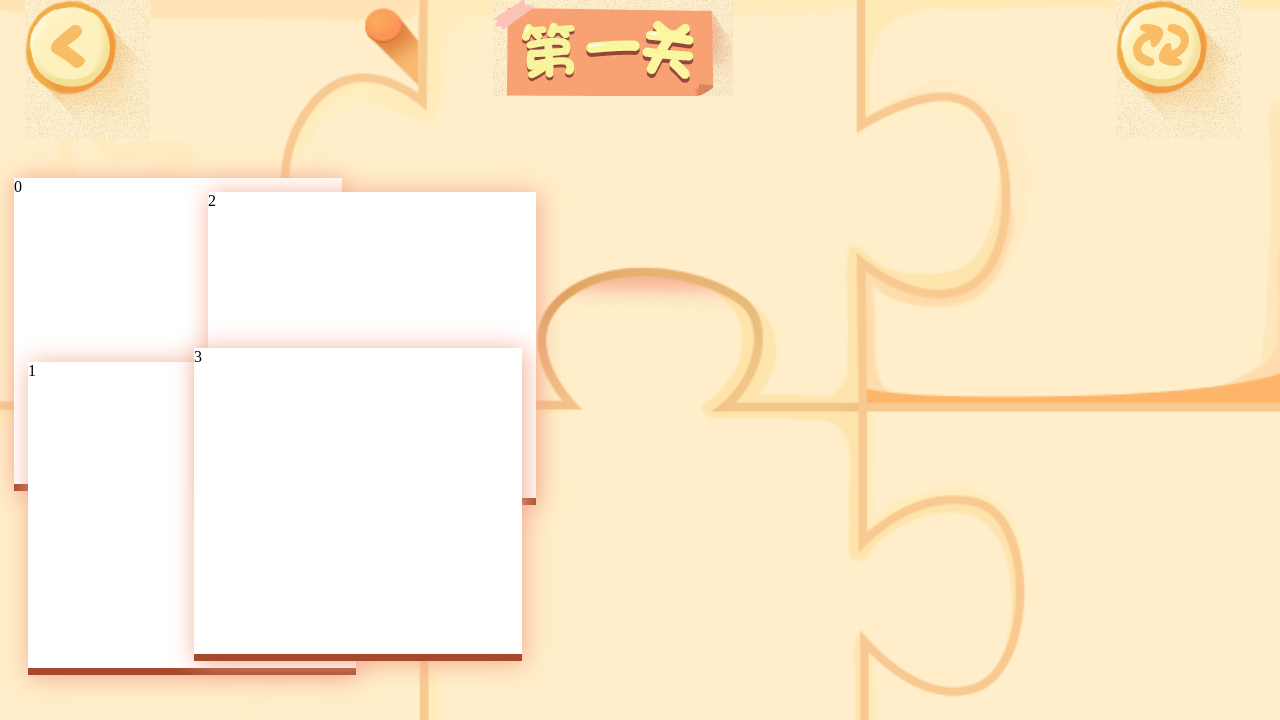
Repository: RedrockTeam/China-map-puzzle
Page: /#/first
An editor plug-in stored every save of this project. The page is shown before and after the next save, followed by the edit.
The browser window is 1280 px wide. The pictures show the whole page.
Some web fonts or font styles are not loaded; a fallback is used. The project was rebuilt for these pictures with package versions that can differ from the ones it lists, and the page was loaded fresh each time. Also part of the build but not shown: vue.config.js, src/network/request.js, src/views/home.vue, src/views/pass.vue, src/components/dialog.vue, src/views/second.vue, src/views/third.vue, src/views/forth.vue.

Above is the page before, as saved 2019-09-25 15:01:12.

### public/index.html
<!DOCTYPE html>
<html lang="en">

<head>
  <meta charset="utf-8">
  <meta http-equiv="X-UA-Compatible" content="IE=edge">
  <meta name="viewport" content="width=device-width,initial-scale=1.0">
  <link rel="icon" href="<%= BASE_URL %>favicon.ico">
  <title>puzzle-game</title>
</head>

<body>
  <noscript>
    <strong>We're sorry but my doesn't work properly without JavaScript enabled. Please enable it to continue.</strong>
  </noscript>
  <div id="app"></div>
  <!-- built files will be auto injected -->


 </body>
</html>

### src/main.js
import Vue from 'vue'
import App from './App.vue'
import router from './router'
import store from './store'
// import ApiService from './common/service/api'

import './assets/styles/common.css'
import './assets/font/font.css'

// Vue.config.productionTip = false

// ApiService.init()

new Vue({
  router,
  store,
  render: h => h(App)
}).$mount('#app')

### src/App.vue
<template>
  <div>
    <router-view></router-view>
  </div>
</template>

<script>
export default {
  name: 'App',
  data() {
    return {};
  }
};
</script>
<style>
</style>

### src/router/index.js
import Vue from 'vue'
import Router from 'vue-router'
import Home from '../views/home.vue'
import Result from '../views/result.vue'
import Pass from '../views/pass.vue'
import Button from '../components/dialog.vue'
import First from '../views/first.vue'
import Second from '../views/second.vue'
import Third from '../views/third.vue'
import Four from '../views/forth.vue'

Vue.use(Router)

export default new Router({
  routes: [{
    path: '/',
    redirect: '/home'
  },
  {
    path: '/home',
    name: 'home',
    component: Home,
  },
  {
    path: '/pass',
    name: 'pass',
    component: Pass,
  },
  {
    path: '/result',
    name: 'result',
    component: Result,
  },
  {
    path: '/button',
    name: 'button',
    component: Button,
  },
  {
    path: '/first',
    name: 'first',
    component: First
  },
  {
    path: '/second',
    name: 'second',
    component: Second
  },
  {
    path: '/third',
    name: 'third',
    component: Third
  },
  {
    path: '/four',
    name: 'four',
    component: Four
  }



  ]


})

### src/store/index.js
import Vue from 'vue'
import Vuex from 'vuex'
import {
  isContext
} from 'vm';

Vue.use(Vuex)

export default new Vuex.Store({
  state: {
    time: {
      minute: 0,
      second: 0,
      millisecond: 0,
      timecount: '00:00:00',
    },
  },
  mutations: {
    //开始
    start() {
      var that = this;
      //停止（暂停）
      clearInterval(time);
      //时间重置
      that.setData({
        minute: 0,
        second: 0,
        millisecond: 0,
      })
      time = setInterval(function () {
        that.timer()
      }, 50);
      time = () => {
        that.timer()
      }
    },
    //停止
    stop() {
      var that = this
      clearInterval(intt);
      that.setData({
        minute: 0,
        second: 0,
        millisecond: 0,
        timecount: '00:00:00',
      })
    },
    timer() {
      var that = this;
      console.log(that.data.millisecond)
      that.setData({
        millisecond: that.data.millisecond + 5
      })
      if (that.data.millisecond >= 100) {
        that.setData({
          millisecond: 0,
          second: that.data.second + 1
        })
      }
      if (that.data.second >= 60) {
        that.setData({
          second: 0,
          minute: that.data.minute + 1
        })
      }
      that.setData({
        timecount: that.data.minute + ":" + that.data.second + ":" + that.data.millisecond
      })
    },
  },
  actions: {
    // time = setInterval(function () {
    //   context.commit('time')
    // }, 50)
  }
})

### src/assets/styles/common.css
/* global */
* {
    margin: 0;
    padding: 0;
}

html {
    overflow-y: scroll;
    overflow-x: hidden;

}

html,
body {
    width: 100%;
}

a {
    text-decoration: none;
    text-align: center;
    cursor: pointer;
    color: black;
    outline: none;
}

a:hover {
    text-decoration: underline;
}

ul,
ol {
    list-style: none;
}

.clear {
    clear: both;
}

### src/assets/font/font.css
@font-face {
    font-family: "Tanuki";
    font-weight: normal;
    font-style: normal;
    src: url('./Tanuki.ttf') format('truetype');
}

@font-face {
    font-family: "Cotton";
    font-weight: normal;
    font-style: normal;
    src: url('./cotton.ttf') format('truetype');
}

### src/views/result.vue
<template>
  <div class="bg">
    <div class="head">
      <div class="back"></div>
      <div class="title"></div>
      <div class="front"></div>
    </div>

    <div class="contain">
      <div class="score">
        <div>
          <p>
            <span class="clock"></span>
            <span class="word">我的时间：</span>
          </p>
          <p>
            <i class="grade"></i>
            <span class="word">我的成绩：</span>
          </p>
        </div>
      </div>
      <div class="list">
        <p class="list_item first">
          <span class="icon"></span>
          <span class="nickname">这是我的昵称</span>
          <span class="time">10s</span>
        </p>
        <p class="list_item second">
          <span class="icon"></span>
          <span class="nickname">这是我的昵称</span>
          <span class="time">10s</span>
        </p>
        <p class="list_item third">
          <span class="icon"></span>
          <span class="nickname">这是我的昵称</span>
          <span class="time">10s</span>
        </p>
        <p class="list_item">
          <span class="normal">4</span>
          <span class="nickname">这是我的昵称</span>
          <span class="time">10s</span>
        </p>
        <p class="list_item">
          <span class="normal">4</span>
          <span class="nickname">这是我的昵称</span>
          <span class="time">10s</span>
        </p>
      </div>
    </div>
    <div class="line"></div>
  </div>
</template>

<style>
.bg {
  position: absolute;
  top: 0;
  left: 0;
  height: 100%;
  width: 100%;
  background: url("../assets/img/pass/background.png");
  background-size: cover;
}
.head {
  display: flex;
  margin-top: 60px;
  margin-left: 50px;
}

.back {
  background: url("../assets/img/ranking/back.png");
  width: 93px;
  height: 97px;
  background-size: cover;
  margin-right: 120px;
}
.title {
  background: url("../assets/img/ranking/ranking_title.png") no-repeat;
  width: 260px;
  height: 200px;
  background-size: 100%;
  margin-left: -40px;
}
.front {
  background: url("../assets/img/ranking/front.png");
  width: 93px;
  height: 97px;
  background-size: cover;
  margin-left: 80px;
}

.contain {
  width: 650px;
  height: 850px;
  background: #ffae72;
  margin: -15px auto 0;
}

.score {
  width: 617px;
  height: 206px;
  background: url("../assets/img/ranking/result.png");
  background-size: cover;
  padding-top: 40px;
}
.score div {
  margin-top: 20px;
  margin-left: 20px;
}

.word {
  letter-spacing: 5px;
}

.score p {
  color: #ffae72;
  font-weight: bold;
  font-size: 35px;
  padding-top: 20px;
  margin: 0 auto;
  width: 250px;
  margin-left: 50px;
  margin-top: 10px;
}

.clock,
.grade {
  width: 29px;
  height: 29px;
  display: inline-block;
  margin-right: 10px;
}
.clock {
  background: url("../assets/img/ranking/clock.png") no-repeat;
  background-size: cover;
}
.grade {
  background: url("../assets/img/ranking/list.png") no-repeat;
  background-size: cover;
}
.list {
  height: 520px;
  overflow: auto;
  margin-top: 20px;
}
::-webkit-scrollbar {
  display: none;
}
.list_item {
  background: url("../assets/img/ranking/box.png");
  width: 580px;
  height: 125px;
  background-size: cover;
  margin-left: 50px;
  display: flex;
}
.icon {
  display: inline-block;
  width: 81px;
  height: 82px;
  margin: 15px 35px;
}
.first .icon {
  background: url("../assets/img/ranking/first.png");
  background-size: cover;
}
.second .icon {
  background: url("../assets/img/ranking/second.png");
  background-size: cover;
}
.third .icon {
  background: url("../assets/img/ranking/third.png");
  background-size: cover;
}
.nickname {
  color: #ffae72;
  font-size: 35px;
  font-weight: bold;
  display: inline-block;
  margin-top: 30px;
  font-family: Tanuki;
}
.time,
.normal {
  margin-left: auto;
  margin-right: 80px;
  font-weight: bold;
  display: inline-block;
  margin-top: 20px;
  color: #ff7b5c;
  font-size: 50px;
}

.line {
  width: 570px;
  height: 36px;
  background: url("../assets/img/ranking/line.png");
  background-size: cover;
  margin-left: 100px;
  margin-top: -50px;
}
</style>

<script>
export default {};
</script>

### src/views/first.vue
<template>
  <div class="game">
    <div class="header">
      <div class="back_shadow">
        <div class="back"></div>
      </div>
      <div class="title">
        <img src="../assets/img/game/one.png" />
      </div>
      <div class="refresh_shadow">
        <div class="refresh"></div>
      </div>
    </div>
    <div class="main" ref="main">
      <div
        :class="setClass(index)"
        ref="pic"
        v-for="(value,index) of info"
        :key="index"
        :style="{
          left:value[0] + 'px',
          top:value[1] +'px'
      }"
      >{{index}}</div>
    </div>
    <div class="showpic_shadow">
      <div class="showpic">长按可看3s原图</div>
    </div>
  </div>
</template>

<script>
export default {
  data() {
    return {
      firstX: null,
      firstY: null,
      number: 0,
      info: [[0, 0], [180, 0], [0, 170], [180, 170]]
    };
  },
  mounted() {
    this.random();
    this.moveImage();
  },

  methods: {
    setClass(index) {
      let obj = { piece: true };
      obj[`${index}`] = true;
      return obj;
    },
    moveImage() {
      let pics = this.$refs.main.children;
      let picWidth = pics[0].offsetWidth;
      let picHeight = pics[0].offsetHeight;
      let boxWidth = this.$refs.main.offsetWidth;
      let boxHeight = this.$refs.main.offsetHeight;
      let dx,
        dy,
        newLeft,
        newTop,
        firstX,
        firstY,
        firstIndex,
        firstPic,
        secondPic;
      let number = this.number;
      let isSuccess = this.isSuccess;
      for (var i = 0; i < pics.length; i++) {
        pics[i].addEventListener("touchstart", function(e) {
          this.style.zIndex = 100;
          this.startX = this.offsetLeft;
          this.startY = this.offsetTop;
          this.style.transition = "none";
          console.log(number);
          if (number == 0) {
            firstX = this.startX;
            firstY = this.startY;
            firstIndex = this.getAttribute("data-index");
            firstPic = this;
            number += 1;
          } else if (number == 1) {
            this.startX = this.offsetLeft;
            this.startY = this.offsetTop;
            secondPic = this;
            firstPic.style.left = this.startX + "px";
            firstPic.style.top = this.startY + "px";
            firstPic.setAttribute(
              "data-index",
              this.getAttribute("data-index")
            );
            secondPic.style.left = firstX + "px";
            secondPic.style.top = firstY + "px";
            secondPic.setAttribute("data-index", firstIndex);
            number = 0;
            if (isSuccess() == true) {
              alert.log("true");
            }
          }
        });
      }
      return pics;
    },

    random(a, b) {
      var a = Math.floor(Math.random() * 4);
      var b = Math.floor(Math.random() * 4);
      let pics = this.$refs.main.children;
      var aEle = pics[a];
      var bEle = pics[b];

      var _left;
      _left = aEle.offsetLeft;
      aEle.style.left = bEle.offsetLeft + "px";
      bEle.style.left = _left + "px";
      var _top;
      _top = aEle.offsetTop;
      aEle.style.top = bEle.offsetTop + "px";
      bEle.style.top = _top + "px";
      var _index;
      _index = aEle.getAttribute("data-index");
      aEle.setAttribute("data-index", bEle.getAttribute("data-index"));
      bEle.setAttribute("data-index", _index);
    },

    isSuccess() {
      console.log("try");
      let pics = this.$refs.main.children;
      console.log(pics);
      var str = "";
      for (var i = 0; i < pics.length; i++) {
        str += pics[i].getAttribute("data-index");
      }
      console.log(str);
      if (str == "1234") {
        return true;
      }
      return false;
    }
  }
};
</script>
<style lang="scss" scoped>
.game {
  position: absolute;
  top: 0;
  left: 0;
  height: 100%;
  width: 100%;
  background: url("../assets/img/pass/background.png");
  background-size: cover;
  overflow: hidden;
  .header {
    width: 95%;
    height: 140px;
    margin: 0 auto 24px 25px;
    display: inline-flex;
    justify-content: space-between;
    .back_shadow {
      width: 125px;
      height: 139px;
      background-image: url("../assets/img/common/btn_sbg.jpg");
      background-repeat: no-repeat;
      background-position: 0% 0%;
      background-size: contain;
      .back {
        width: 92px;
        height: 95px;
        background-image: url("../assets/img/common/back.png");
        background-repeat: no-repeat;
        background-position: 0% 0%;
        background-size: contain;
      }
    }
    .title {
      width: 240px;
      height: 96px;
      background-image: url("../assets/img/game/title_bg.jpg");
      background-repeat: no-repeat;
      background-position: 0% 0%;
      background-size: contain;
      display: flex;
      justify-content: center;
      align-items: center;
      img {
        width: 54px;
        height: 17px;
      }
    }
    .refresh_shadow {
      width: 125px;
      height: 139px;
      background-image: url("../assets/img/common/btn_sbg.jpg");
      background-repeat: no-repeat;
      background-position: 0% 0%;
      background-size: contain;
      .refresh {
        width: 92px;
        height: 95px;
        background-image: url("../assets/img/common/refresh.png");
        background-repeat: no-repeat;
        background-position: 0% 0%;
        background-size: contain;
      }
    }
  }
  .main {
    width: 750px;
    height: 700px;
    position: relative;
    padding: 26px;

    .piece {
      width: 328px;
      height: 306px;
      box-shadow: 2px 2px 24px #f3a98f;
      margin: 14px 14px 0 14px;
      border-bottom: 7px solid #a6492b;
      background: url("../assets/img/button/map.jpg");
      transition: all 0.5s ease 0s;
      position: absolute;
    }
    // .first {
    //   background-size: 200%;
    //   background-position-x: 0;
    // }

    // .second {
    //   background-position-x: 328px;
    //   background-size: 200%;
    //   left: 380px;
    // }
    // .third {
    //   background-position: 0 306px;
    //   background-size: 200%;
    //   top: 350px;
    // }
    // .four {
    //   background-position: 328px 306px;
    //   background-size: 200%;
    //   top: 350px;
    //   left: 380px;
    // }
    .chosen {
      border-bottom: 7px solid #da8f43;
    }
  }
  .showpic_shadow {
    width: 560px;
    height: 173px;
    margin: 60px auto auto 154px;
    background-image: url("../assets/img/game/showpic_sbg.jpg");
    background-repeat: no-repeat;
    background-position: 0% 0%;
    background-size: contain;

    .showpic {
      width: 458px;
      height: 107px;
      background-image: url("../assets/img/game/showpic_bg.png");
      background-repeat: no-repeat;
      background-position: 0% 0%;
      background-size: contain;
      text-align: center;
      line-height: 107px;
      font-family: "Cotton";
      font-size: 50px;
      color: #fffcad;
    }
  }
}
</style>

After the next save:
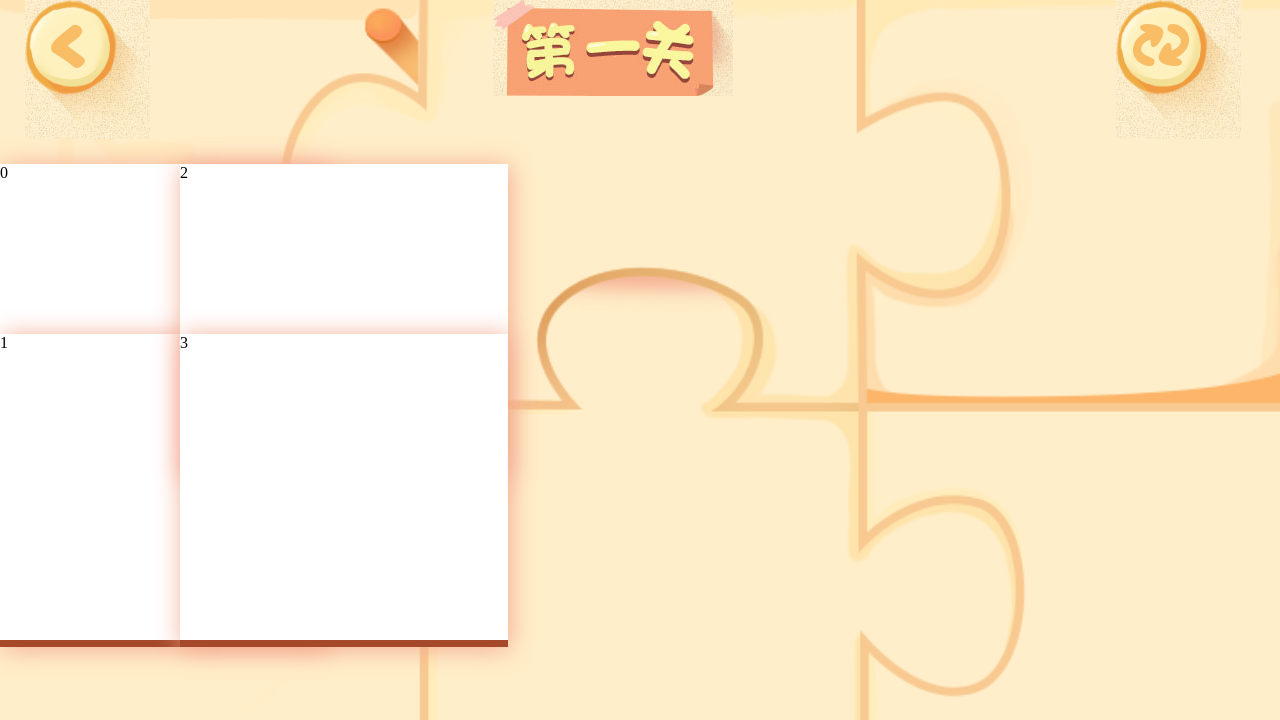
Saved 62 s later.
--- a/src/views/first.vue
+++ b/src/views/first.vue
@@ -215,7 +215,7 @@
       width: 328px;
       height: 306px;
       box-shadow: 2px 2px 24px #f3a98f;
-      margin: 14px 14px 0 14px;
+      // margin: 14px 14px 0 14px;
       border-bottom: 7px solid #a6492b;
       background: url("../assets/img/button/map.jpg");
       transition: all 0.5s ease 0s;
